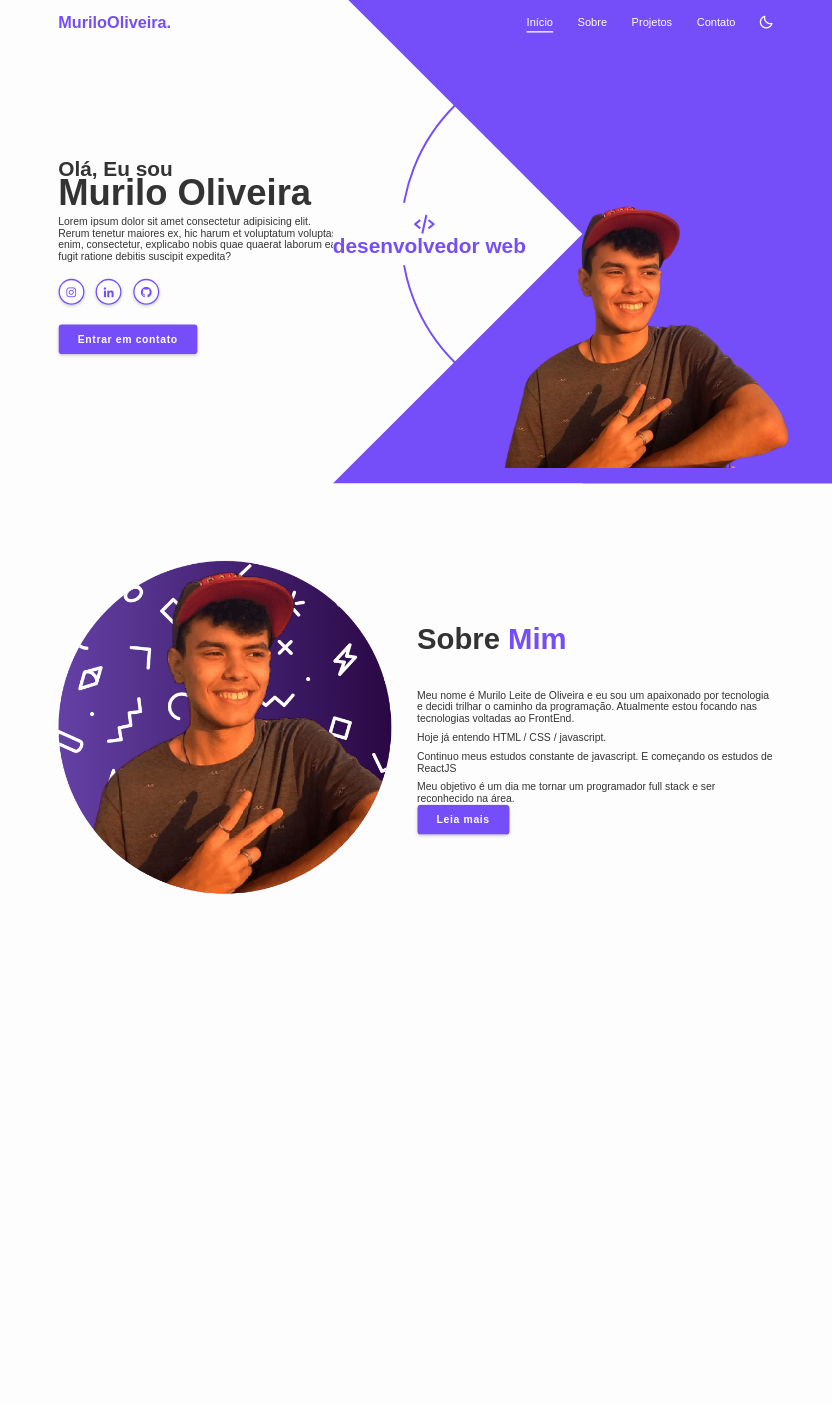
Repository: devMuriloOliveira/Portfolio-
Page: index.html
An editor plug-in stored every save of this project. The page is shown before and after the next save, followed by the edit.
The browser window is 1280 px wide. The pictures show the whole page, at 65% of full size.
Some web fonts or font styles are not loaded; a fallback is used.

Above is the page before, as saved 2023-03-11 17:52:46.

After the next save:
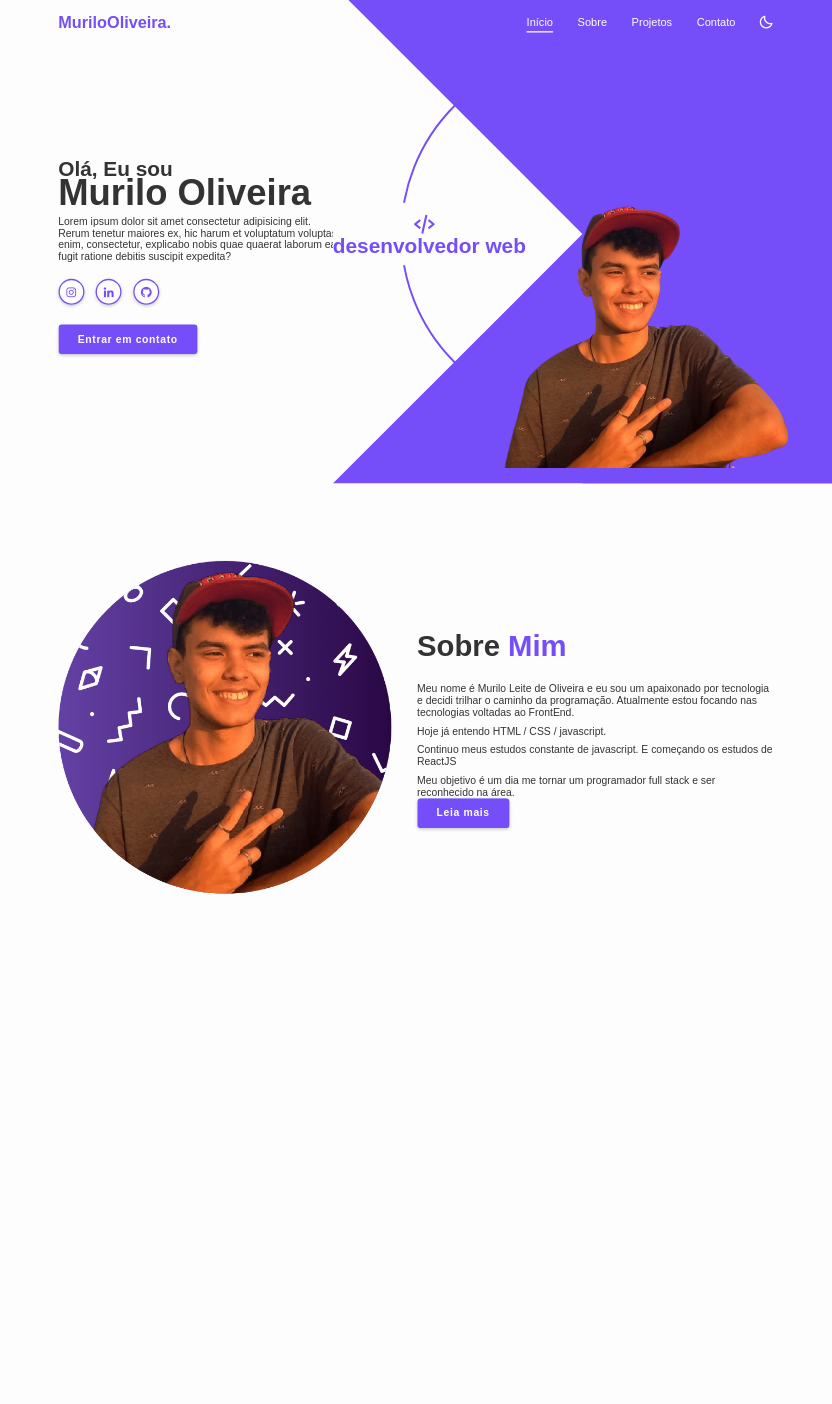
Saved 5 s later.
--- a/style.css
+++ b/style.css
@@ -276,7 +276,7 @@ span{
 .sobre-content h2{
   text-align: left;
   line-height: 1.2;
-  margin-bottom: 5rem;
+  margin-bottom: 3rem;
 }
 
 .sobre-content p{
